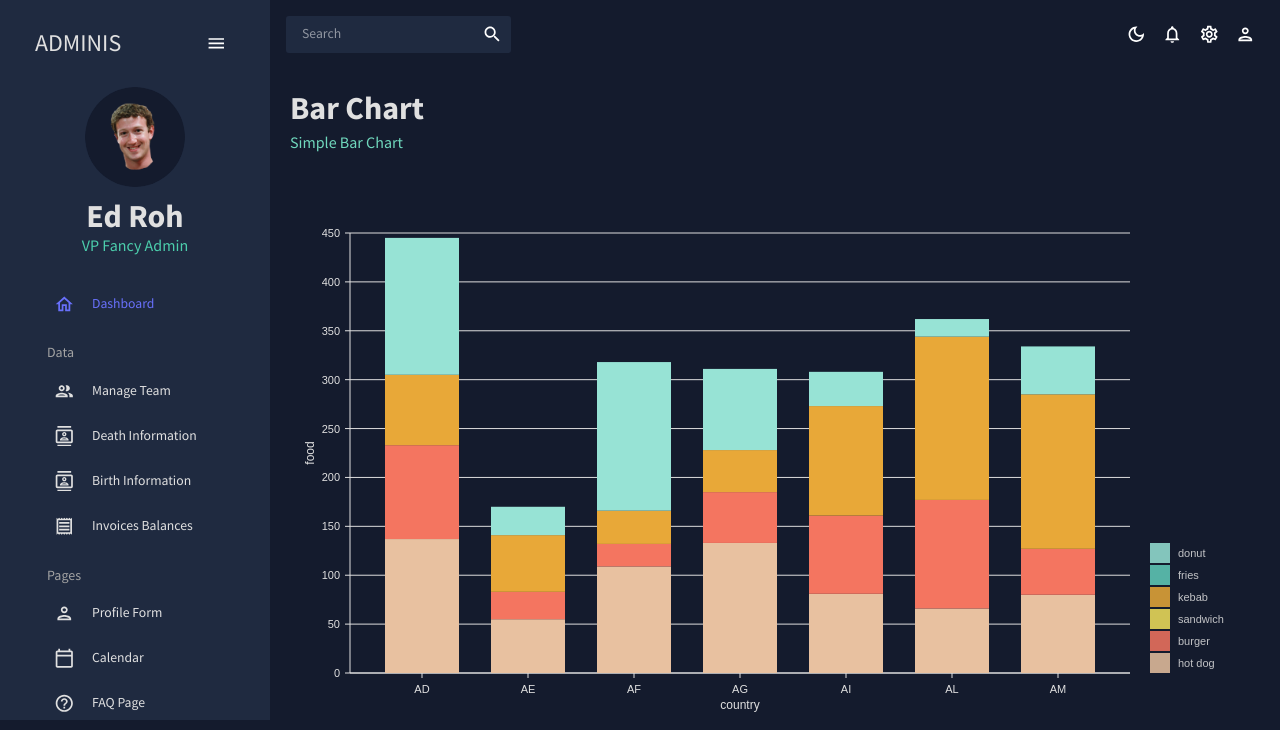
Repository: EmmanuelKeifala/project101
Page: /bar (app in admin/)
These files come from the project's save history. The page is drawn as it stood at one moment and after the next save; the edit follows.
The browser window is 1280 px wide. The pictures show the whole page.
The page's requests for data from a server got no answer. The project was rebuilt for these pictures with package versions that can differ from the ones it lists, and the page was loaded fresh each time. No one was signed in, and anything a server would have sent is missing. Also part of the build but not shown: admin/src/components/LineChart.jsx, admin/src/data/mockGeoFeatures.js, admin/src/components/GeographyChart.jsx, admin/src/components/ProgressCircle.jsx, admin/src/components/StatBox.jsx, admin/src/scenes/dashboard/index.jsx, admin/src/scenes/team/index.jsx, admin/src/scenes/invoices/index.jsx and 9 more.

Above is the page before, as saved 2023-05-16 08:45:02.

After the next save:
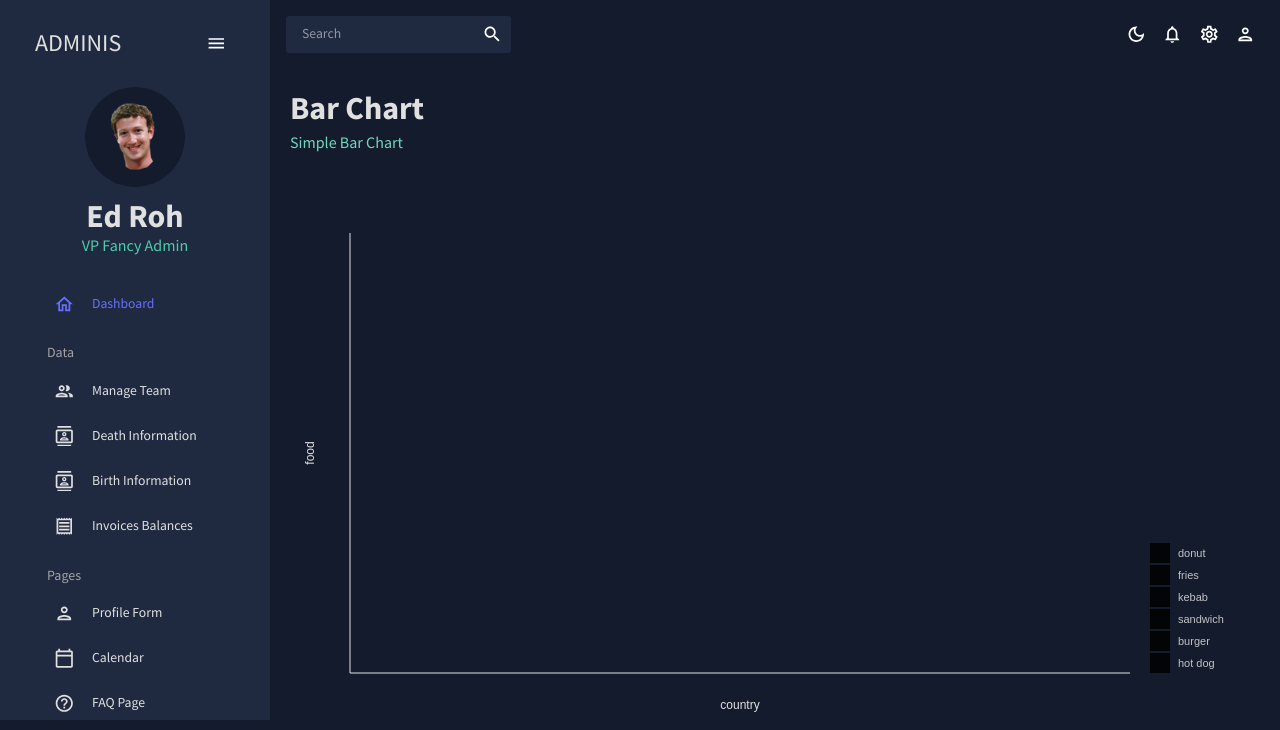
Saved 28 s later.
--- a/admin/src/components/BarChart.jsx
+++ b/admin/src/components/BarChart.jsx
@@ -8,7 +8,8 @@ import useApplicationsStore from "../store";
 const BarChart = ({ isDashboard = false }) => {
 	const theme = useTheme();
 	const colors = tokens(theme.palette.mode);
-
+	const data = useApplicationsStore((state) => state.applications);
+	console.log(data);
 	return (
 		<ResponsiveBar
 			data={data}
